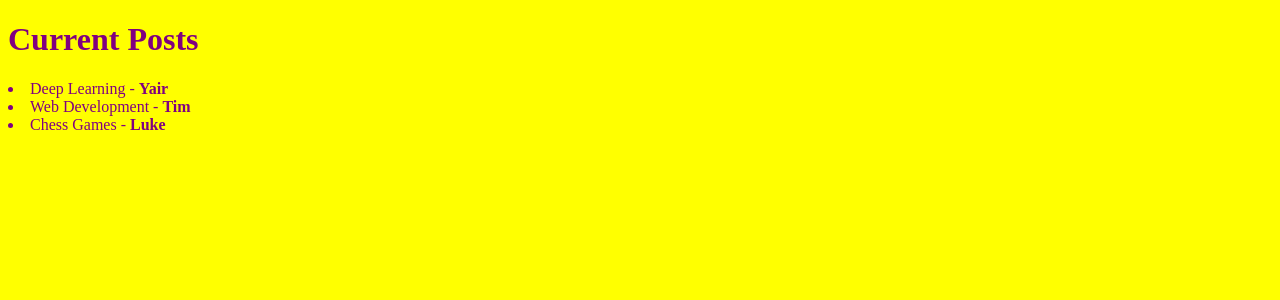
Repository: calyun/WebDevExercises
Page: http://localhost/posts
The author's editor kept a record of every edit. The page is drawn from the files as they stood at one moment, then again after the next edit.
The browser window is 1280 px wide. The pictures show the whole page.
The page is served by the project's Node server (BackEndExercises/app.js).

Above is the page before.

### BackEndExercises/views/posts.ejs
<% include partials/header %>

<!-- / is needed for files in a sub directory -->
<link rel="stylesheet" href="/app.css">

<h1> Current Posts </h1>

<% posts.forEach(function(post){ %>
    <li>
        <%= post.title %> - <strong><%= post.author %></strong>
    </li>
<% }) %>


<% include partials/footer %>

### BackEndExercises/views/partials/header.ejs
<!DOCTYPE html>
<html>
    <head>
        <title>Demo App</title>
        <link rel="stylesheet" href="app.css">
    </head>
    <body>

### BackEndExercises/views/partials/footer.ejs




</body>
</html>

### BackEndExercises/app.js
var express = require("express");

var app = express();

// tells express to use "public" folder
app.use(express.static("public"));
// tells server that "number","posts" indicates "number.ejs","posts.ejs"
app.set("view engine", "ejs");

// request and response
app.get("/", function(req, res) {
    res.render("home.ejs");
});

app.get("/next", function(req, res) {
    console.log("Request made to /next!")
    res.send("This is the next page.");
})

// Wildcard for the route!
app.get("/user/:username", function(req, res){
    var messages = {
        haoyu: "WELCOME ADMIN!",
    }
    var username = req.params.username;
    var result = "user profile of " + username;
    var message = messages[username];
    result += message;
    res.send(result);
})

app.get("/number/:num", function(req, res){
    var num = req.params.num;
    res.render("number", {placeHolder : num});
});

app.get("/repeat/:message/:it", function(req, res){
    // how to get the given link!
    var message = req.params.message;
    var it = Number(req.params.it);
    var result = "";
    while (it--)
    {
        result += message + " ";
    }
    res.send(result);
})

app.get("/posts", function(req, res) {
    var posts = [
            {title: "Deep Learning", author: "Yair"},
            {title: "Web Development", author: "Tim"},
            {title: "Chess Games", author: "Luke"}
        ];

    res.render("posts", {posts: posts})
})

// Catch all
app.get("*", function(req, res) {
    res.send("Error! Page not found!");
})

// process.env.PORT listen for Cloud9 port+IP
app.listen(process.env.PORT, process.env.IP, function(){
    console.log("Server initialized.");
});

Loaded but not shown: BackEndExercises/public/app.css (common file)

After the next edit:
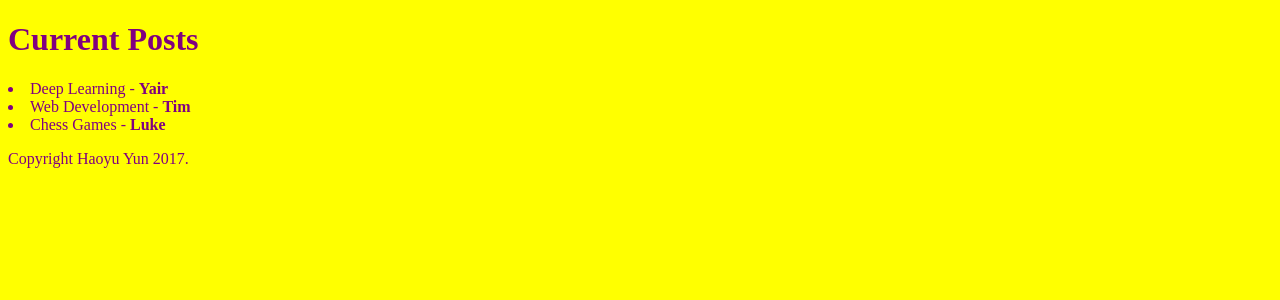
The edit:
--- a/BackEndExercises/views/partials/footer.ejs
+++ b/BackEndExercises/views/partials/footer.ejs
@@ -1,6 +1,6 @@
 
 
-
+<p> Copyright Haoyu Yun 2017. </p>
 
 </body>
 </html>
